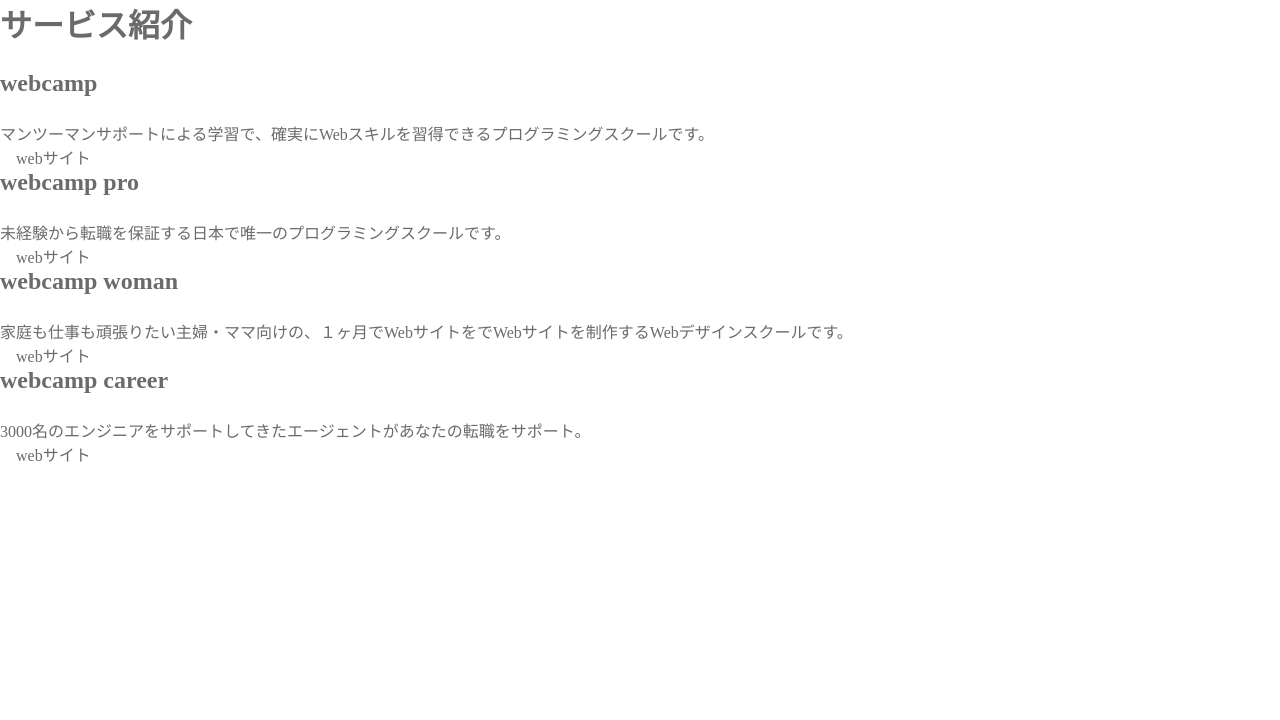
Repository: nashiworio1011/git-kadi1
Page: ennsyuu/chapter2_exercise.html
The author's editor kept a record of every edit. The page is drawn from the files as they stood at one moment, then again after the next edit.
The browser window is 1280 px wide. The pictures show the whole page.

Above is the page before.

After the next edit:
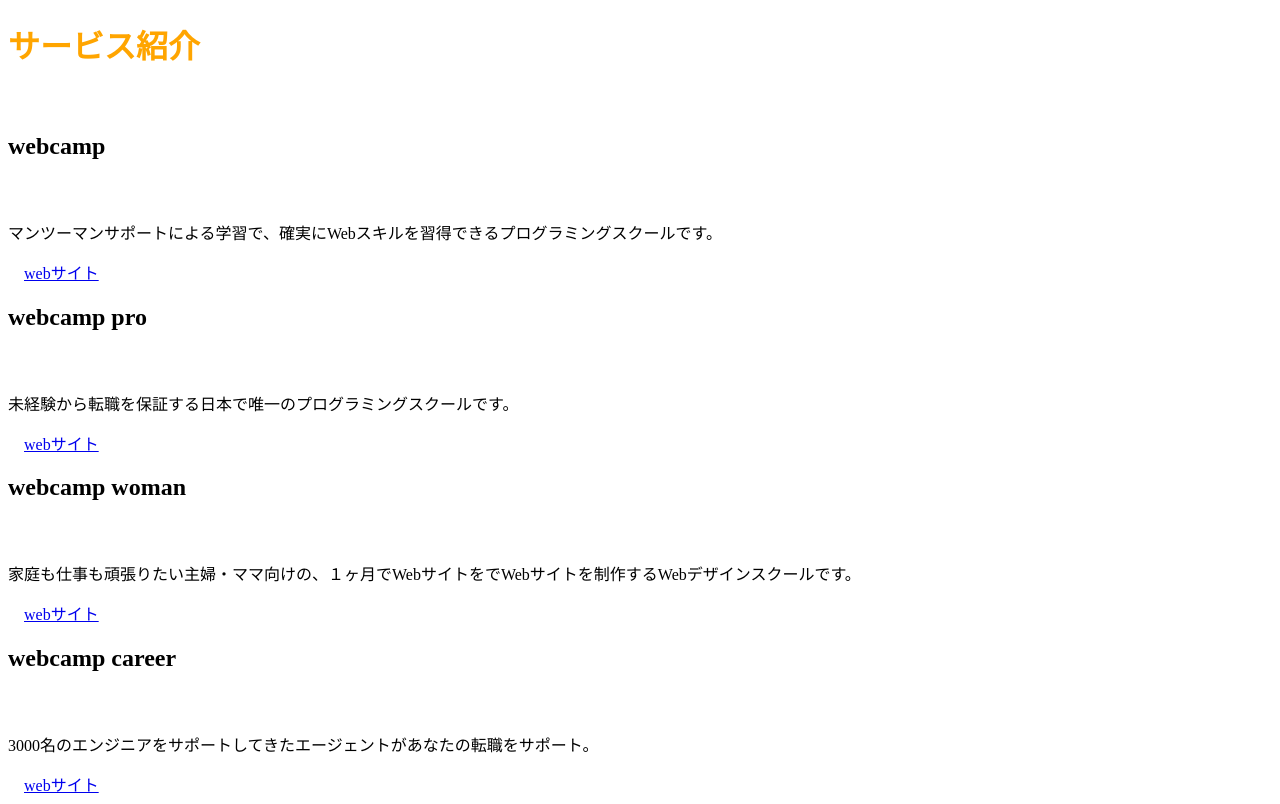
The edit:
--- a/ennsyuu/chapter2_exercise.html
+++ b/ennsyuu/chapter2_exercise.html
@@ -3,7 +3,7 @@
   <head>
     <meta charset="UTF-8" />
     <title>chapter2_exercise</title>
-    <link rel="stylesheet" href="style.css" />
+    <link rel="stylesheet" href="chapter2_exercise.css" />
 
   </head>
 
